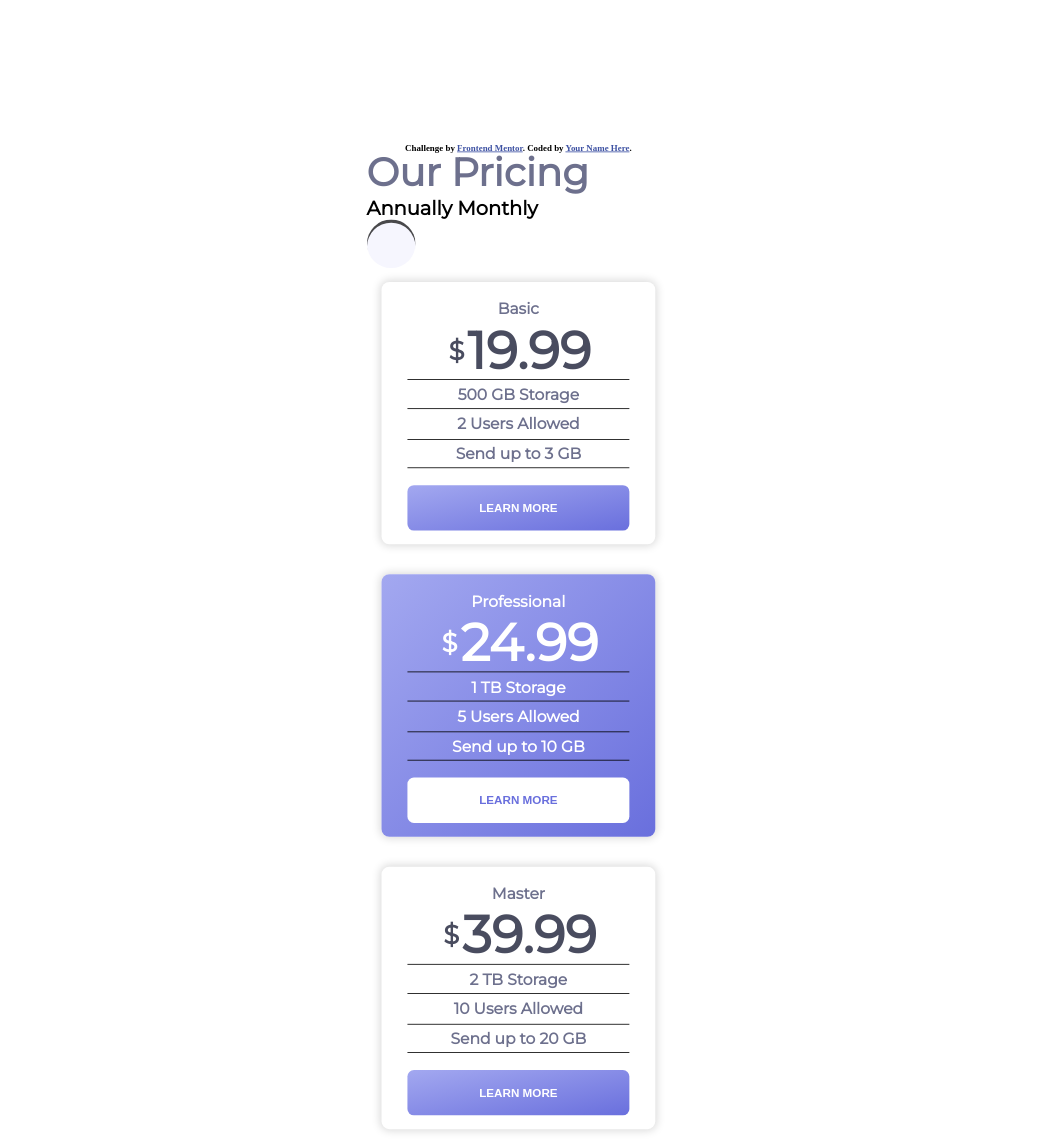
Repository: JuzzJoel/pricing-component-with-toggle-master
Page: index.html
These files come from the project's save history. The page is drawn as it stood at one moment and after a run of saves; the edit follows.
The browser window is 1280 px wide. The pictures show the whole page, at 81% of full size.

Above is the page before, as saved 2025-05-24 11:42:00.

### index.html
<!DOCTYPE html>
<html lang="en">
<head>
  <meta charset="UTF-8">
  <meta name="viewport" content="width=device-width, initial-scale=1.0"> <!-- displays site properly based on user's device -->

  <link rel="icon" type="image/png" sizes="32x32" href="./images/favicon-32x32.png">
  <link rel="preconnect" href="https://fonts.googleapis.com">
  <link rel="preconnect" href="https://fonts.gstatic.com" crossorigin>
  <link
    href="https://fonts.googleapis.com/css2?family=Montserrat:ital,wght@700"
    rel="stylesheet">
  <title>Frontend Mentor | [pricing-component-with-toggle-master]</title>
  <style>
    :root{

      --linear-gradient: linear-gradient(to bottom right, hsl(236, 72%, 79%), hsl(237, 63%, 64%));

--clr-pri: hsl(240, 78%, 98%);
--clr-pri-acc: hsl(234, 14%, 74%);
--clr-sec: hsl(233, 13%, 49%);
--clr-sec-acc: hsl(232, 13%, 33%);
    }
*,
*::before,
*::after {
    box-sizing: border-box;
}

* {
    margin: 0;
    padding: 0;
    box-sizing: border-box;
}
.visually-hidden:not(:focus):not(:active) {
  clip: rect(0 0 0 0);
  clip-path: inset(50%);
  height: 1px;
  overflow: hidden;
  position: absolute;
  white-space: nowrap;
  width: 1px;
}
    .attribution { font-size: 11px; text-align: center;height: 1vh; }
    .attribution a { color: hsl(228, 45%, 44%); }
body{
  font-size: 0.95rem;
  font-weight: 700;
width: 100vw;
height: 150vh;
display: flex;
align-items: center;
justify-content: center;
flex-direction: column;
}


.container{
  width: 375px;
  height: 100vh;
  font-family: "Montserrat", sans-serif;

}
  .pricing-header{
font-size: 1.5rem;
  }
  .pricing-header h1{
    color: var(--clr-sec);

  }
    .toggle-box{

    }

     .toggle-container{
      width: 50px;
      height: 50px;
      position: relative;
      background: var(--clr-pri);
      padding: 30px;
      border-radius: 3rem;

      box-shadow: inset 0 4px 0 0 rgba(0, 0, 0, 0.7);
     }
     .toggle-slider{
      position: absolute;
      border-radius: 50%;
      left: 10px;
      top: 5px;
     }
     input[type="radio"]{
      display: none;
     }

       .pricing{

       }


   .content-body{
    display: flex;
    flex-direction: column;
    align-items: center;
    width: 100%;
    height: 150vh;
   }
   .content{
    display: flex;
    flex-direction: column;
    align-items: center;
    justify-content: space-evenly;
    width: 90%;
    gap: 20px;
    height: 100%;
   }
   .card-container{
    display: flex;
    flex-direction: column;
    align-items: center;
    justify-content: center;
    width: 100%;
    border-radius: .6rem;

    box-shadow: 0 0 .625rem .125rem rgba(0, 0, 0, 0.15);
    height: 30%;
   }
   .card-container:nth-child(2){
  background: var(--linear-gradient);
   }    .card{
          display: flex;
          flex-direction: column;
          align-items: center;
          justify-content: space-between;
          width: 90%;
          height: 85%;
          font-family: "Montserrat", sans-serif;
        }
        .card>*{
          width: inherit;
          display: flex;
          align-items: center;
          justify-content: center;
        }
          .rows-head{
            height: 35%;
            display: flex;
            flex-direction: column;
            align-items: center;
            justify-content: center;
          }
          .rows-head p{
           font-size: 1.2rem;

color: var(--clr-sec);
          }
          .rows-head h1{
            font-size: 4rem;
            color: var(--clr-sec-acc);
            display: flex;
            align-items: center;
           }
           .rows-head h1 span{
            font-size: 2rem;
            color: var(--clr-sec-acc);
            margin-right: 2%;
           }
          .rows{
            height: 15%;
            border: 1px   solid black;
            border-left: none;
            border-right: none;
            color: var(--clr-sec);
            font-size: 1.2rem;
          }
          .rows:nth-child(3){
            border: none;
          }
          .rows-button{
            height: 25%;
            display: flex;
            align-items: center;
            justify-content: center;
          }
  button{
    width: 100%;
    display: flex;
    align-items: center;
    justify-content: center;
    border-radius: .5rem;
    border: none;
    padding: 1.25rem 2.5rem;
    text-transform: uppercase;
    color: white;
background: var(--linear-gradient);
    font-weight: 700;
    font-size: 0.9rem;
    margin-top: 10%;
  }
  .card-container:nth-child(2) .rows ,
  .card-container:nth-child(2) .rows-head ,
  .card-container:nth-child(2) .rows-head h1 ,
  .card-container:nth-child(2) .rows-head h1 span
  {
    color: white;
  }
  .card-container:nth-child(2) .rows-head p{
    color: white;
  }
  .card-container:nth-child(2) button{
background: white;
color :  hsl(237, 63%, 64%);
  }

          @media(min-width:1440px){
            .content{
              flex-direction: row;
              justify-content: space-between;
             }
          }
  </style>
</head>
<body>
  <div class="attribution">
    Challenge by <a href="https://www.frontendmentor.io?ref=challenge" target="_blank">Frontend Mentor</a>.
    Coded by <a href="#">Your Name Here</a>.
  </div>


  <div class="container">
    <div class="pricing-header">
      <h1>Our Pricing</h1>
      <div class="toggle-box">
        Annually
        Monthly
        <div class="toggle-container">

          <input type="radio" class="pricing" id="price-annnual">
          <label for="price-annual"></label>

          <input type="radio" class="pricing" id="price-month">
          <label for="price-month"></label>

          <div class="toggle-slider"></div>
        </div>
      </div>
      <div class="content-body">
        <div class="content">
          <div class="card-container">
<div class="card">
            <div class="rows-head">
              <p>Basic</p>
         <h1>  <span>&dollar;</span>
          19.99
           <i class="visually-hidden">&dollar;199.99</i>
           </h1>
          </div>
            <div class="rows">500 GB Storage</div>
            <div class="rows">2 Users Allowed</div>
            <div class="rows">Send up to 3 GB</div>
            <div class="rows-button"><button>Learn More</button></div>
          </div>
          </div>

          <div class="card-container">
            <div class="card">
            <div class="rows-head">
              <p>Professional</p>
              <h1> <span>&dollar;</span>24.99
                <i class="visually-hidden">&dollar;249.99</i>
           </h1>
          </div>
            <div class="rows">1 TB Storage</div>
            <div class="rows">5 Users Allowed</div>
            <div class="rows">Send up to 10 GB</div>
            <div class="rows-button"><button>Learn More</button></div>
          </div>
          </div>
          <div class="card-container">
            <div class="card">
            <div class="rows-head">
              <p>Master</p>
              <h1> <span>&dollar;</span>39.99
                <i class="visually-hidden">&dollar;399.99</i>
          </h1>
          </div>
            <div class="rows">2 TB Storage</div>
            <div class="rows">10 Users Allowed</div>
            <div class="rows">Send up to 20 GB</div>
            <div class="rows-button"><button>Learn More</button></div>
          </div>
          </div>
        </div>
      </div>
    </div>
  </div>


</body>
</html>

After the next 4 saves:
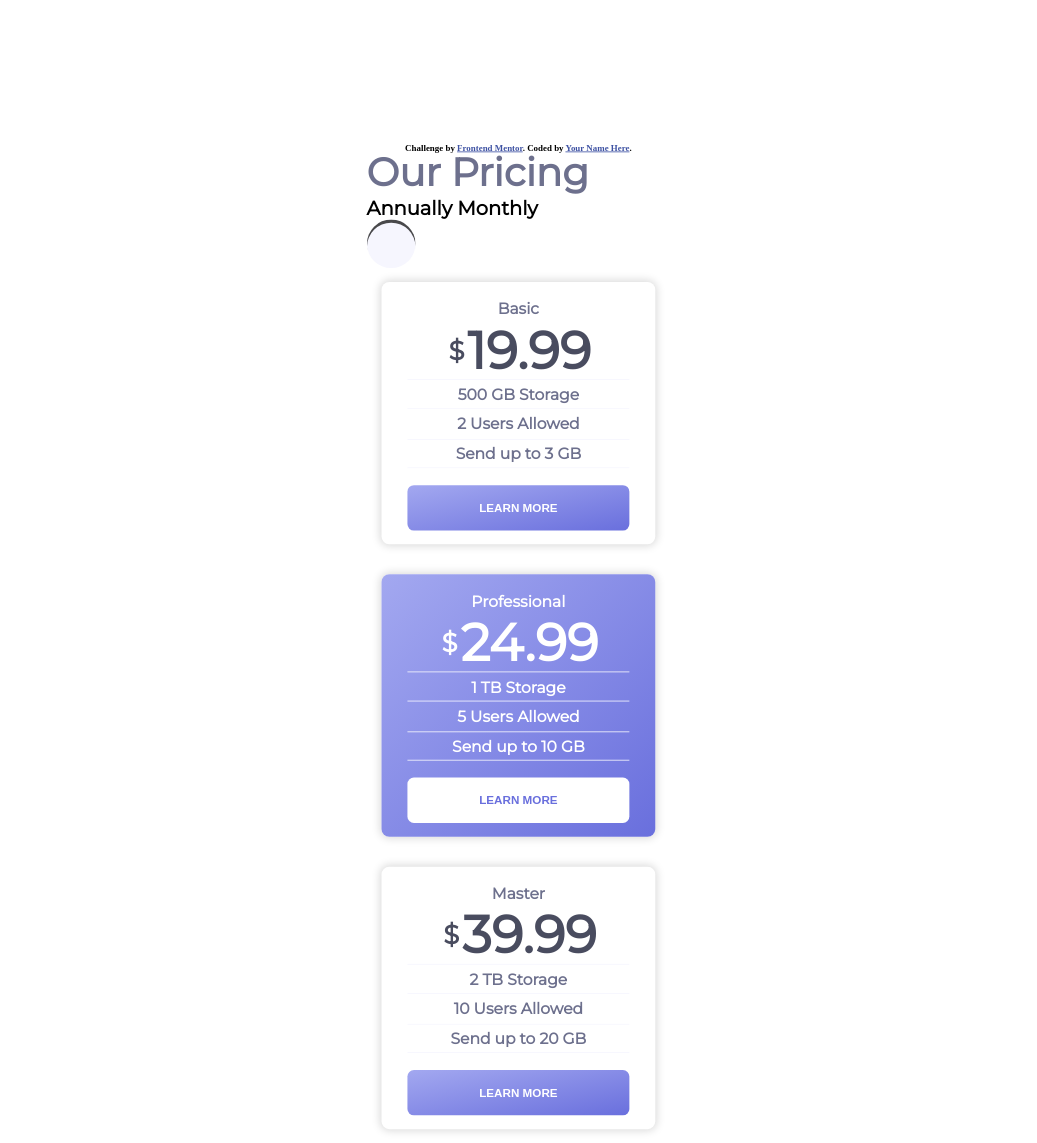
The 4 saves are shown as one change because they came seconds apart.
The last was saved 40 s later.
--- a/index.html
+++ b/index.html
@@ -166,7 +166,7 @@ color: var(--clr-sec);
            }
           .rows{
             height: 15%;
-            border: 1px   solid black;
+            border: 1px   solid var(--clr-pri);
             border-left: none;
             border-right: none;
             color: var(--clr-sec);
